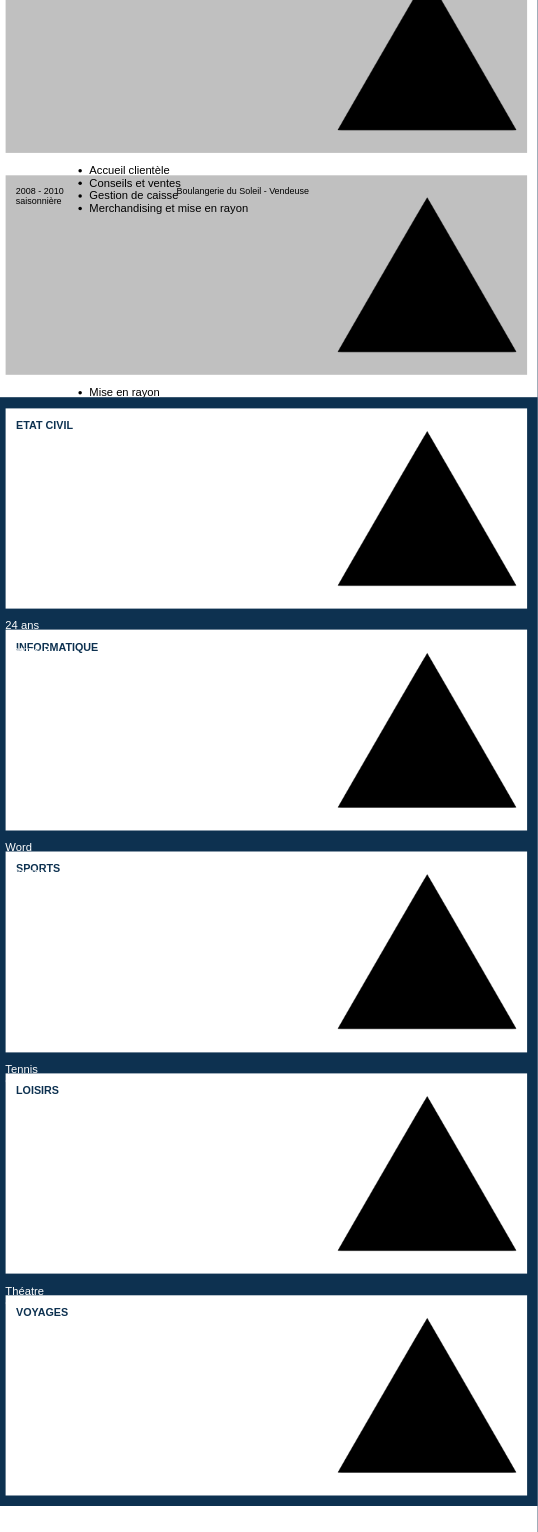
Repository: evalwebmeteofullstack/Gestion_meteo
Page: Notes/Exercices/static/ExoCV/CV.html
These files come from the project's save history. The page is drawn as it stood at one moment and after the next save; the edit follows.
The browser window is 768 px wide. The pictures show the part of the page from y = 799 to 3039 px (the page is 2987 px tall before and 3067 px after), at 70% of full size.
The first `#CkExp2` is checked.

Above is the page before, as saved 2019-01-29 16:12:16.

After the next save:
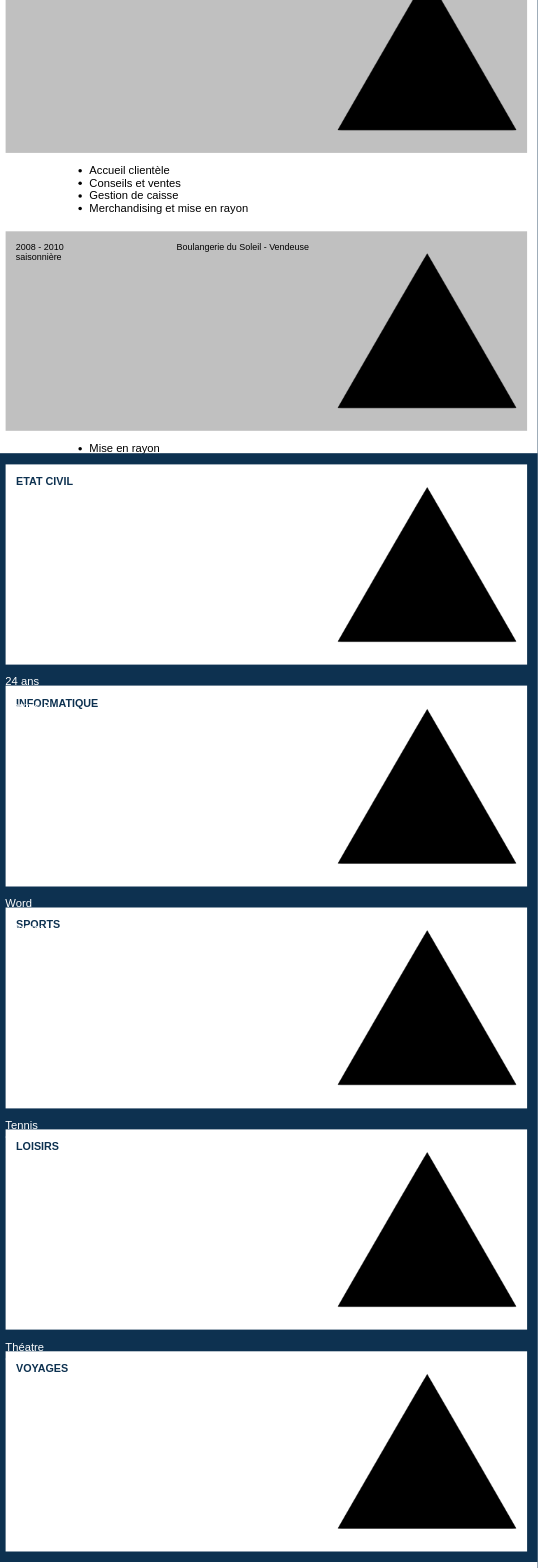
Saved 76 s later.
--- a/Notes/Exercices/static/ExoCV/StyleCV.css
+++ b/Notes/Exercices/static/ExoCV/StyleCV.css
@@ -201,17 +201,16 @@ input[type=checkbox] {
 		visibility:visible;
 	}
 	#CkExp2:checked+#Ul2 {
-		/*height: 80px;
-		opacity: 1;
-		transition: 1s;
-		animation: spin 2s;*/
+		height: 80px;
+		/*opacity: 1;*/
+		transition: 1s;
 		visibility: visible;
 	}
 	#CkExp3:checked+#Ul3 {
-		/*height: 80px;
-		opacity: 1;
-		transition: 1s;*/
-		visibility:visible;
+		height: 80px;
+		/*opacity: 1;*/
+		transition: 1s;
+		visibility: visible;
 	}
 	#divDivers article
 	#divPCiv, #divPInfo, #divPSport, #divPLoisir, #divPVoyage {
